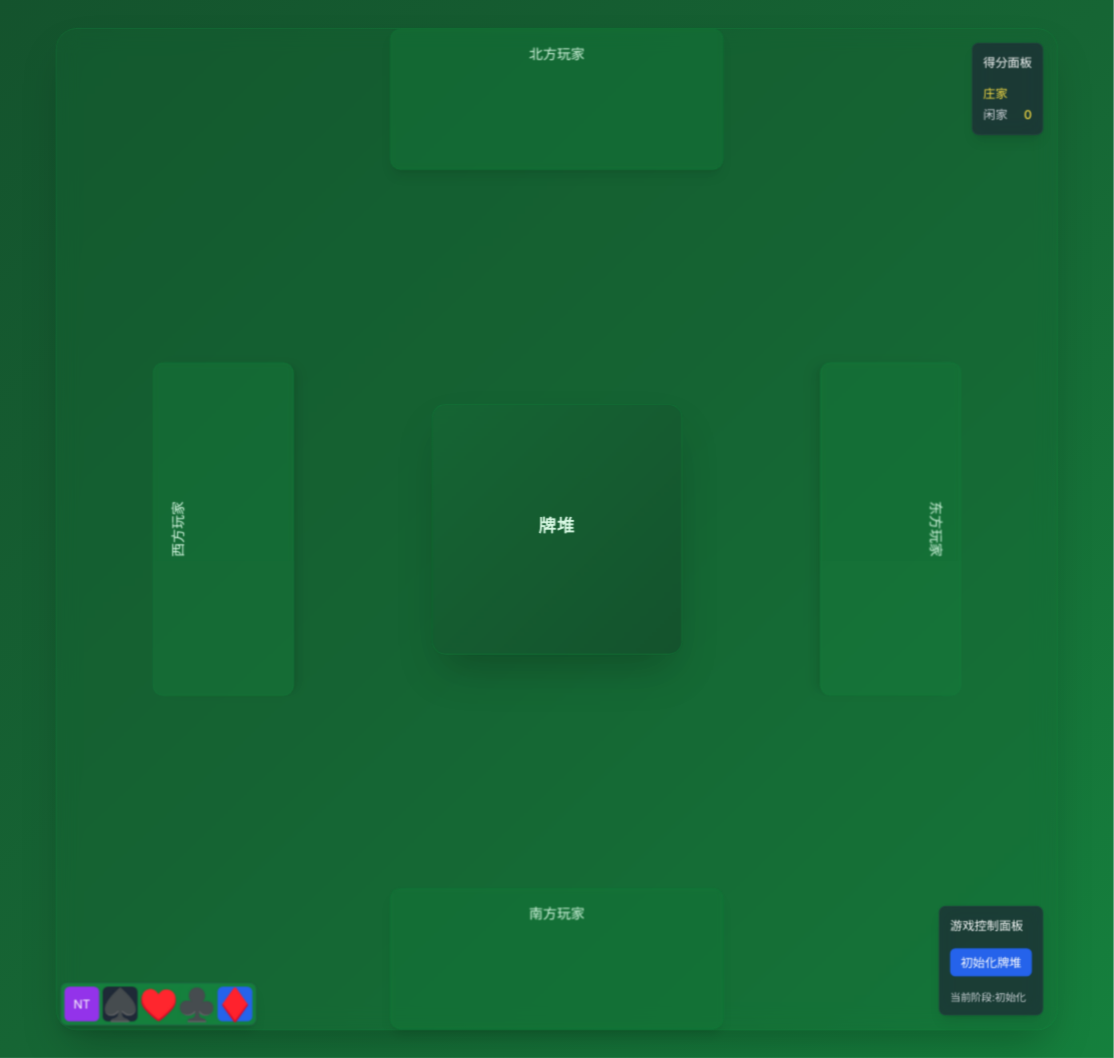
Repository: laofansay/Tractor80
Page: /
An editor plug-in stored every save of this project. The page is shown before and after the next save, followed by the edit.
The browser window is 1280 px wide. The pictures show the whole page, at 87% of full size.
The project was rebuilt for these pictures with package versions that can differ from the ones it lists, and the page was loaded fresh each time. The framework's server and built-in components were replaced by stand-ins that run in the browser. Also part of the build but not shown: next.config.js, app/components/Card.tsx.

Above is the page before, as saved 2025-03-09 00:24:39.

After the next save:
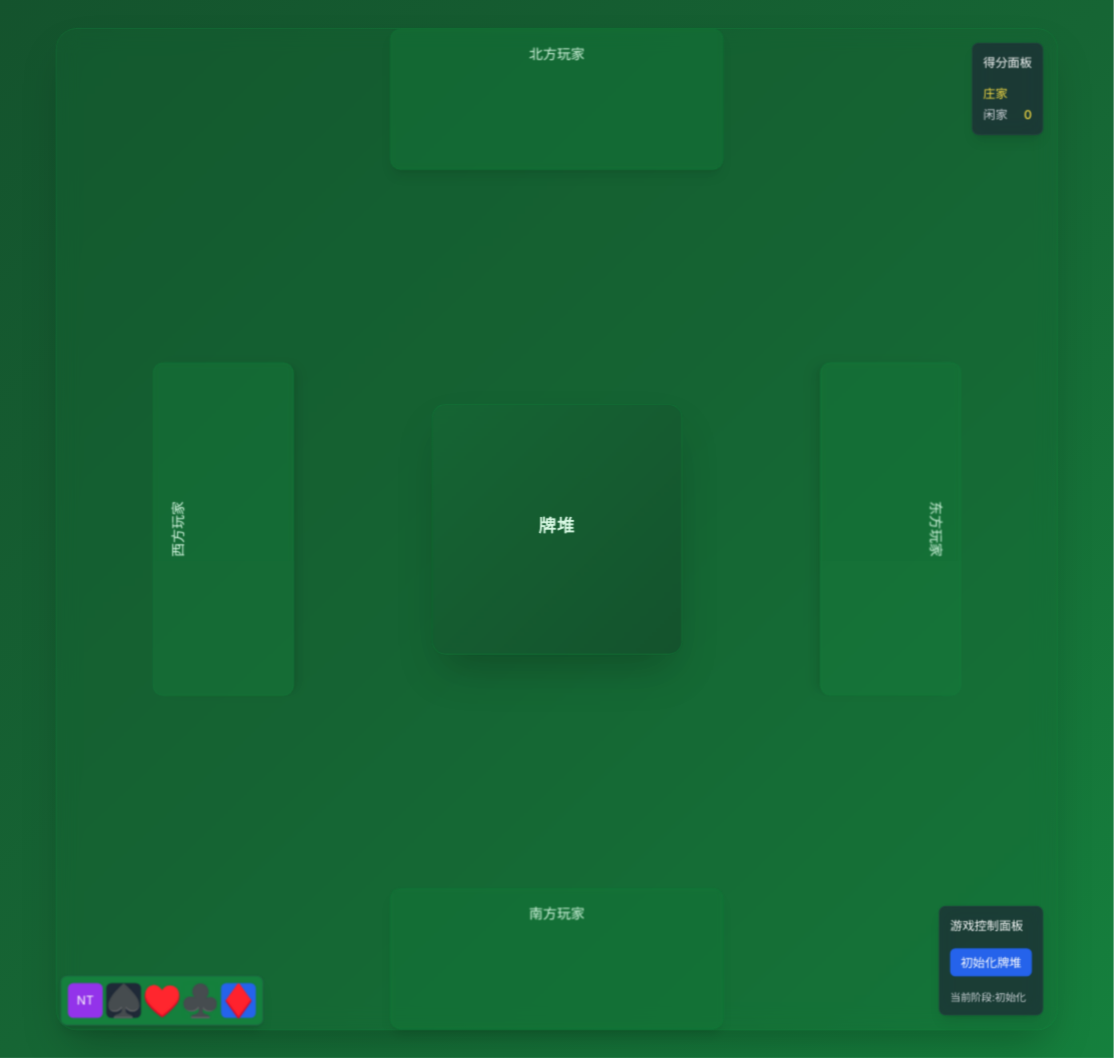
Saved 9 s later.
--- a/app/components/TrumpSelectionPanel.tsx
+++ b/app/components/TrumpSelectionPanel.tsx
@@ -14,7 +14,7 @@ export function TrumpSelectionPanel({ onSelectTrump, gamePhase }: TrumpSelection
   }
 
   return (
-    <div className="absolute bottom-1 left-1 p-1 bg-green-700 hover:bg-green-600 rounded-lg backdrop-blur-md border border-gray-700/50 shadow-lg">
+    <div className="absolute bottom-1 left-1 p-2 bg-green-700 hover:bg-green-600 rounded-lg backdrop-blur-md border border-gray-700/50 shadow-lg">
       <div className="flex flex-row gap-1">
         <button
           onClick={() => onSelectTrump(null)}
